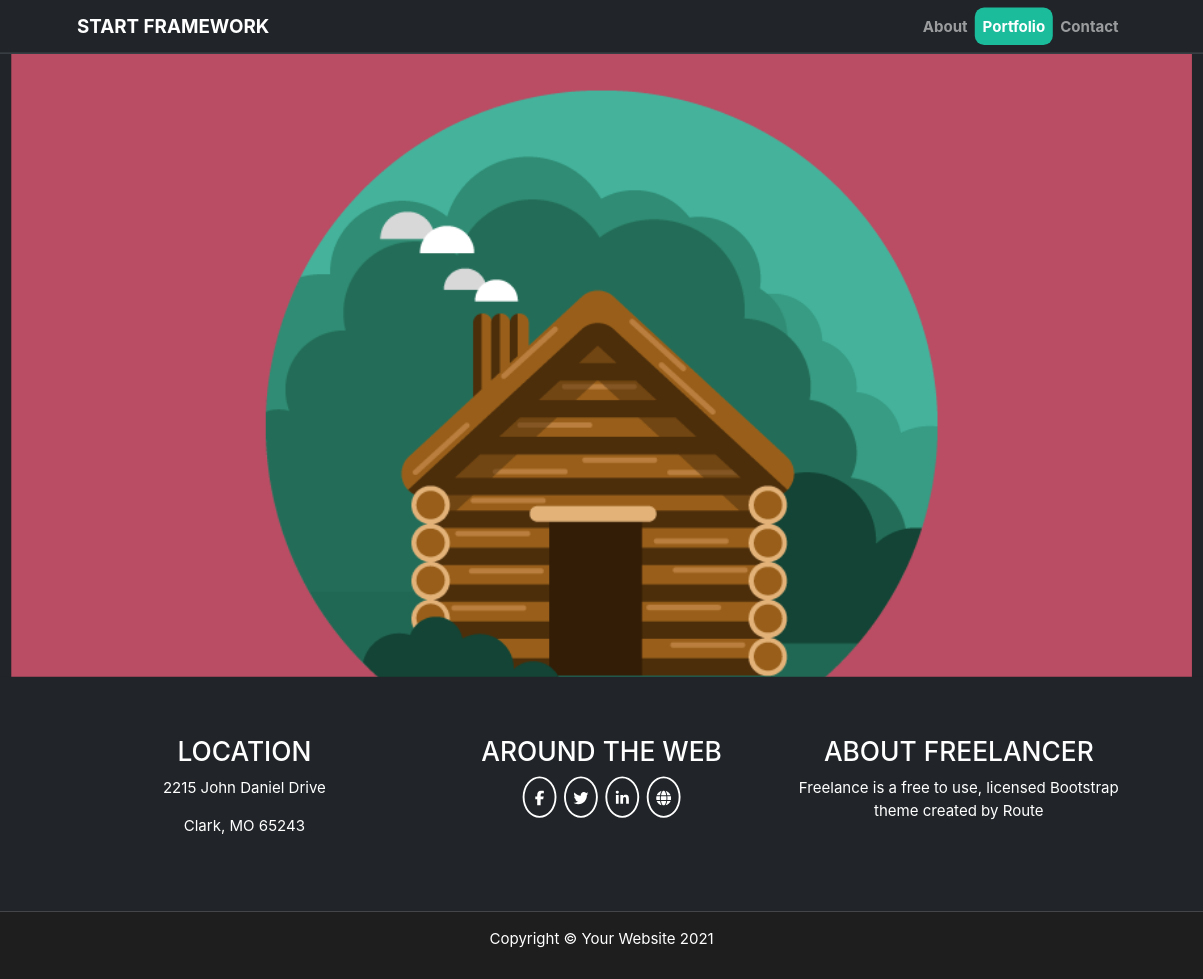
Repository: YomnaWegdan/startFramework
Page: /portfolio
The author's editor kept a copy of each file at every save. The page is drawn from the files as they stood at one save, then again after the next save.
The browser window is 1280 px wide. The pictures show the whole page, at 94% of full size.
The project was rebuilt for these pictures with package versions that can differ from the ones it lists, and the page was loaded fresh each time. Also part of the build but not shown: src/Components/Home.jsx, src/Components/About.jsx, src/Components/Contact.jsx, src/Components/Error.jsx.

Above is the page before, as saved 2024-02-05 13:41:37.

After the next save:
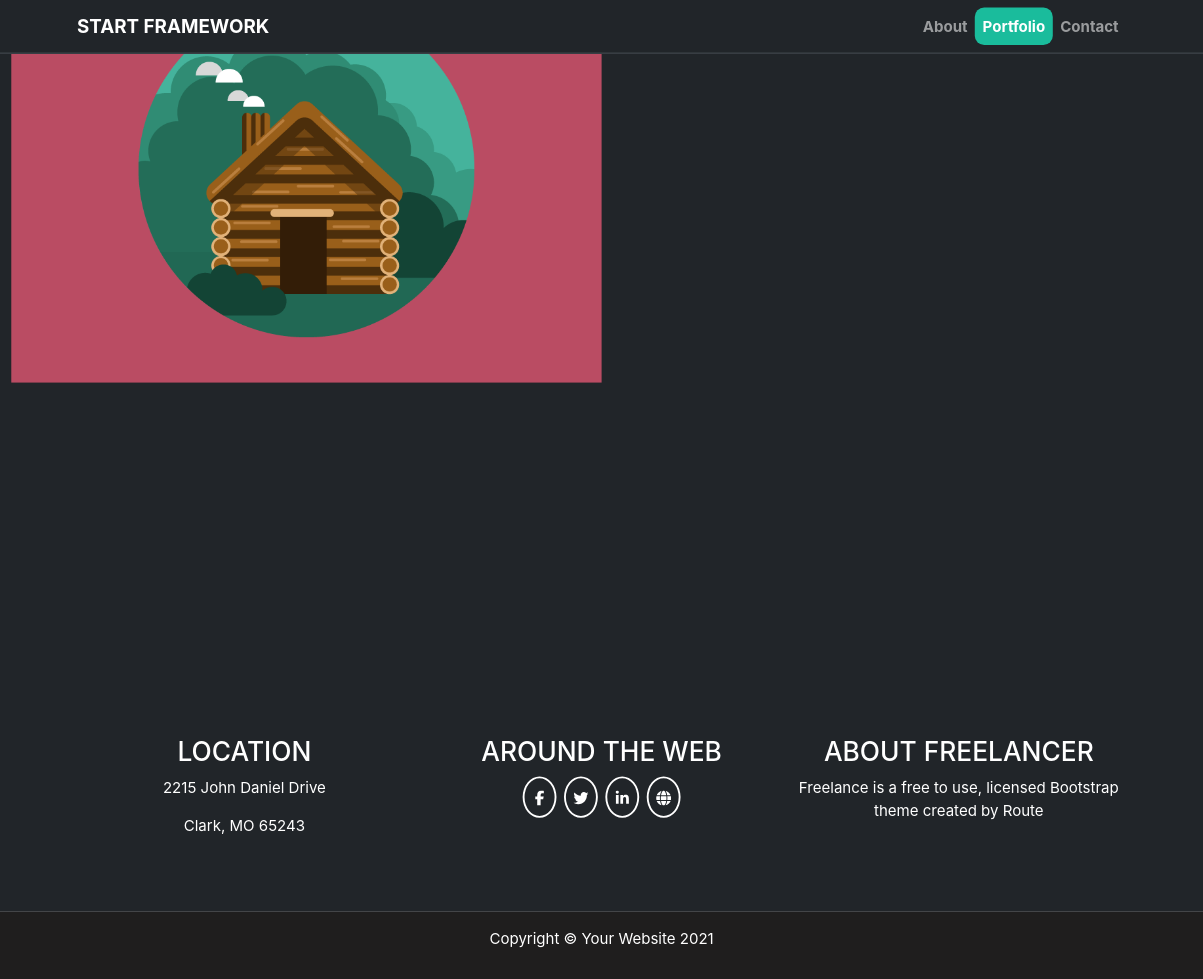
Saved 4 s later.
--- a/src/Components/Portfolio.jsx
+++ b/src/Components/Portfolio.jsx
@@ -31,7 +31,7 @@ export default function Portfolio() {
                         <img src={img} className='w-100' alt='lol' onClick={setModel} />
                     </div>
                     ): <div className='position-fixed top-0 left-0 w-100 h-100 overflow-hidden bg-dark'>
-                            <div className=' d-flex align-items-center justify-content-center'><img src={img1} className='w-100' alt='lol'/></div>
+                            <div className='w-50 h-50 d-flex align-items-center justify-content-center'><img src={img1} className='w-100' alt='lol'/></div>
                     </div>}
                 </div>
         </div>
